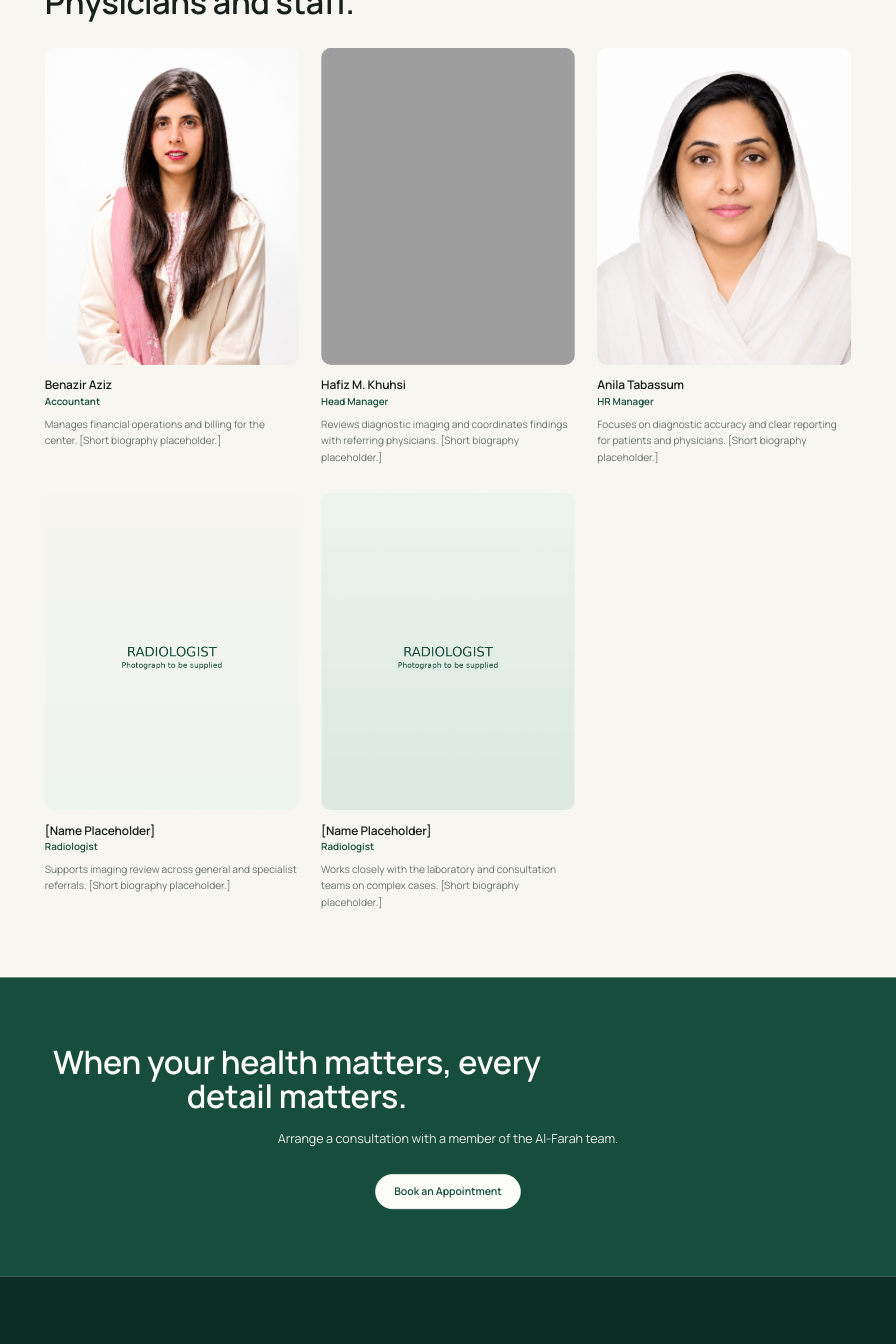
Repository: mraeesaziz45/al-farah
Page: team.html
An editor plug-in stored every save of this project. The page is shown before and after the next save, followed by the edit.
The browser window is 1280 px wide. The pictures show the part of the page from y = 1486 to 3406 px (the page is 3806 px tall), at 70% of full size.
Pictures or frames that could not be fetched are drawn as grey boxes.

Above is the page before, as saved 2026-09-05 16:58:24.

### team.html
<!DOCTYPE html>
<html lang="en">
<head>
<meta charset="UTF-8">
<meta name="viewport" content="width=device-width, initial-scale=1.0">
<title>Team — Al-Farah Medical Center</title>
<meta name="description" content="Meet the physicians and staff of Al-Farah Medical Center, led by our Founder and Director.">
<meta property="og:title" content="Team — Al-Farah Medical Center">
<meta property="og:description" content="The people behind the care.">
<meta property="og:type" content="website">
<link rel="preconnect" href="https://fonts.googleapis.com">
<link rel="preconnect" href="https://fonts.gstatic.com" crossorigin>
<link href="https://fonts.googleapis.com/css2?family=Manrope:wght@400;500;600;700&family=DM+Serif+Display:ital@0;1&display=swap" rel="stylesheet">
<link rel="stylesheet" href="css/style.css">
</head>
<body>
<a href="#main" class="skip-link">Skip to content</a>

<header class="site-header">
  <div class="container header-inner">
    <a href="index.html" class="logo-link">
      <img src="assets/logo/logo-placeholder.svg" alt="Al-Farah Medical Center" width="180" height="52">
    </a>
    <nav class="main-nav" aria-label="Primary">
      <a href="index.html">Home</a>
      <a href="services.html">Services</a>
      <a href="team.html" aria-current="page">Team</a>
      <a href="about.html">About</a>
      <a href="gallery.html">Gallery</a>
      <a href="contact.html">Contact</a>
    </nav>
    <div class="header-actions">
      <a href="contact.html" class="btn btn-primary header-cta-desktop">Book an Appointment</a>
      <button class="menu-toggle" aria-expanded="false" aria-controls="mobileMenu" aria-label="Open menu">
        <span class="bar"></span>
      </button>
    </div>
  </div>
</header>

<div class="mobile-menu" id="mobileMenu">
  <div class="mobile-menu-top">
    <img src="assets/logo/logo-placeholder.svg" alt="Al-Farah Medical Center" width="150" height="44">
    <button class="mobile-menu-close" aria-label="Close menu">
      <svg viewBox="0 0 24 24" fill="none" stroke="currentColor" stroke-width="1.6"><line x1="5" y1="5" x2="19" y2="19"/><line x1="19" y1="5" x2="5" y2="19"/></svg>
    </button>
  </div>
  <nav class="mobile-nav" aria-label="Mobile">
    <a href="index.html">Home</a>
    <a href="services.html">Services</a>
    <a href="team.html" aria-current="page">Team</a>
    <a href="about.html">About</a>
    <a href="gallery.html">Gallery</a>
    <a href="contact.html">Contact</a>
  </nav>
  <div class="mobile-menu-cta">
    <a href="contact.html" class="btn btn-primary">Book an Appointment</a>
  </div>
</div>

<main id="main">

  <section class="page-hero dark bg-forest-deep">
    <div class="container">
      <p class="eyebrow" data-reveal>Our People</p>
      <h1 class="page-heading h1" data-reveal>The people behind the care.</h1>
      <p class="body-lg" data-reveal>Al-Farah is led by a small team of physicians and support staff who work together across consultation, diagnostics, and follow-up.</p>
    </div>
  </section>

  <section class="bg-white">
    <div class="container">
      <div class="team-feature">
        <div class="team-feature-media" data-reveal>
          <img src="assets/images/team/director-placeholder.jpg" alt="Portrait of the Director, placeholder photograph" width="1200" height="1600" loading="lazy" decoding="async">
        </div>
        <div class="team-feature-content" data-reveal>
          <p class="eyebrow">Leadership</p>
          <h2 class="h2">Dr. [Director Name]</h2>
          <span class="team-feature-role">Founder &amp; Director</span>
          <p>Dr. [Director Name] founded Al-Farah Medical Center with the intention of building a clinic where diagnosis and consultation received equal care — one where patients leave with answers, not just appointments.</p>
          <p>[Placeholder biography — medical background, areas of focus, and professional history to be supplied by the clinic.]</p>
        </div>
      </div>
    </div>
  </section>

  <section class="bg-cream">
    <div class="container">
      <div class="section-head team-section-label" data-reveal>
        <p class="eyebrow">Senior Team</p>
        <h2 class="h2">Physicians and staff.</h2>
      </div>
      <div class="team-grid" data-reveal-group>
        <div class="team-card" data-reveal>
          <div class="team-card-media">
            <img src="assets/images/team/benazir.png" alt="Portrait placeholder for the clinic accountant" width="1000" height="1250" loading="lazy" decoding="async">
          </div>
          <h3 class="h4">Benazir Aziz</h3>
          <span class="role">Accountant</span>
          <p class="bio">Manages financial operations and billing for the center. [Short biography placeholder.]</p>
        </div>
        <div class="team-card" data-reveal>
          <div class="team-card-media">
            <img src="assets/images/team/hafiz-khuhsi.png" alt="Portrait placeholder for a radiologist" width="1000" height="1250" loading="lazy" decoding="async">
          </div>
          <h3 class="h4">Hafiz M. Khuhsi</h3>
          <span class="role">Head Manager</span>
          <p class="bio">Reviews diagnostic imaging and coordinates findings with referring physicians. [Short biography placeholder.]</p>
        </div>
        <div class="team-card" data-reveal>
          <div class="team-card-media">
            <img src="assets/images/team/aneela-tabassum.png" alt="Portrait placeholder for a radiologist" width="1000" height="1250" loading="lazy" decoding="async">
          </div>
          <h3 class="h4">Anila Tabassum</h3>
          <span class="role">HR Manager</span>
          <p class="bio">Focuses on diagnostic accuracy and clear reporting for patients and physicians. [Short biography placeholder.]</p>
        </div>
        <div class="team-card" data-reveal>
          <div class="team-card-media">
            <img src="assets/images/team/radiologist-03-placeholder.jpg" alt="Portrait placeholder for a radiologist" width="1000" height="1250" loading="lazy" decoding="async">
          </div>
          <h3 class="h4">[Name Placeholder]</h3>
          <span class="role">Radiologist</span>
          <p class="bio">Supports imaging review across general and specialist referrals. [Short biography placeholder.]</p>
        </div>
        <div class="team-card" data-reveal>
          <div class="team-card-media">
            <img src="assets/images/team/radiologist-04-placeholder.jpg" alt="Portrait placeholder for a radiologist" width="1000" height="1250" loading="lazy" decoding="async">
          </div>
          <h3 class="h4">[Name Placeholder]</h3>
          <span class="role">Radiologist</span>
          <p class="bio">Works closely with the laboratory and consultation teams on complex cases. [Short biography placeholder.]</p>
        </div>
      </div>
    </div>
  </section>

  <section class="cta-band bg-forest">
    <div class="container">
      <h2 class="h2" data-reveal>When your health matters, every detail matters.</h2>
      <p class="body-lg" data-reveal>Arrange a consultation with a member of the Al-Farah team.</p>
      <div class="cta-row" data-reveal>
        <a href="contact.html" class="btn btn-primary">Book an Appointment</a>
      </div>
    </div>
  </section>

</main>

<footer class="site-footer">
  <div class="container footer-grid">
    <div>
      <img src="assets/logo/logo-placeholder-light.svg" alt="Al-Farah Medical Center" class="footer-logo" width="170" height="50">
      <p class="footer-about">Al-Farah Medical Center provides trusted medical care with an emphasis on expertise, dignity, and patient-centered service.</p>
    </div>
    <div class="footer-col">
      <p class="footer-col-title">Navigation</p>
      <ul>
        <li><a href="index.html">Home</a></li>
        <li><a href="services.html">Services</a></li>
        <li><a href="team.html">Team</a></li>
        <li><a href="about.html">About</a></li>
        <li><a href="gallery.html">Gallery</a></li>
        <li><a href="contact.html">Contact</a></li>
      </ul>
    </div>
    <div class="footer-col">
      <p class="footer-col-title">Services</p>
      <ul>
        <li><a href="services.html#radiology">Radiology</a></li>
        <li><a href="services.html#consultation">Consultation</a></li>
        <li><a href="services.html#laboratory">Diagnostics</a></li>
        <li><a href="services.html#specialist">Specialist Care</a></li>
      </ul>
    </div>
    <div class="footer-col">
      <p class="footer-col-title">Contact</p>
      <ul>
        <li>[Clinic Address Placeholder]</li>
        <li>[Phone Number Placeholder]</li>
        <li>[Email Address Placeholder]</li>
        <li>[Opening Hours Placeholder]</li>
      </ul>
    </div>
  </div>
  <div class="container footer-bottom">
    <p>&copy; 2026 Al-Farah Medical Center</p>
    <div class="footer-legal">
      <a href="#">Privacy Policy</a>
      <a href="#">Terms</a>
    </div>
  </div>
</footer>

<script src="js/main.js"></script>
</body>
</html>

Loaded but not shown: js/main.js (276 lines, source omitted); css/style.css (1057 lines, source omitted)

After the next save:
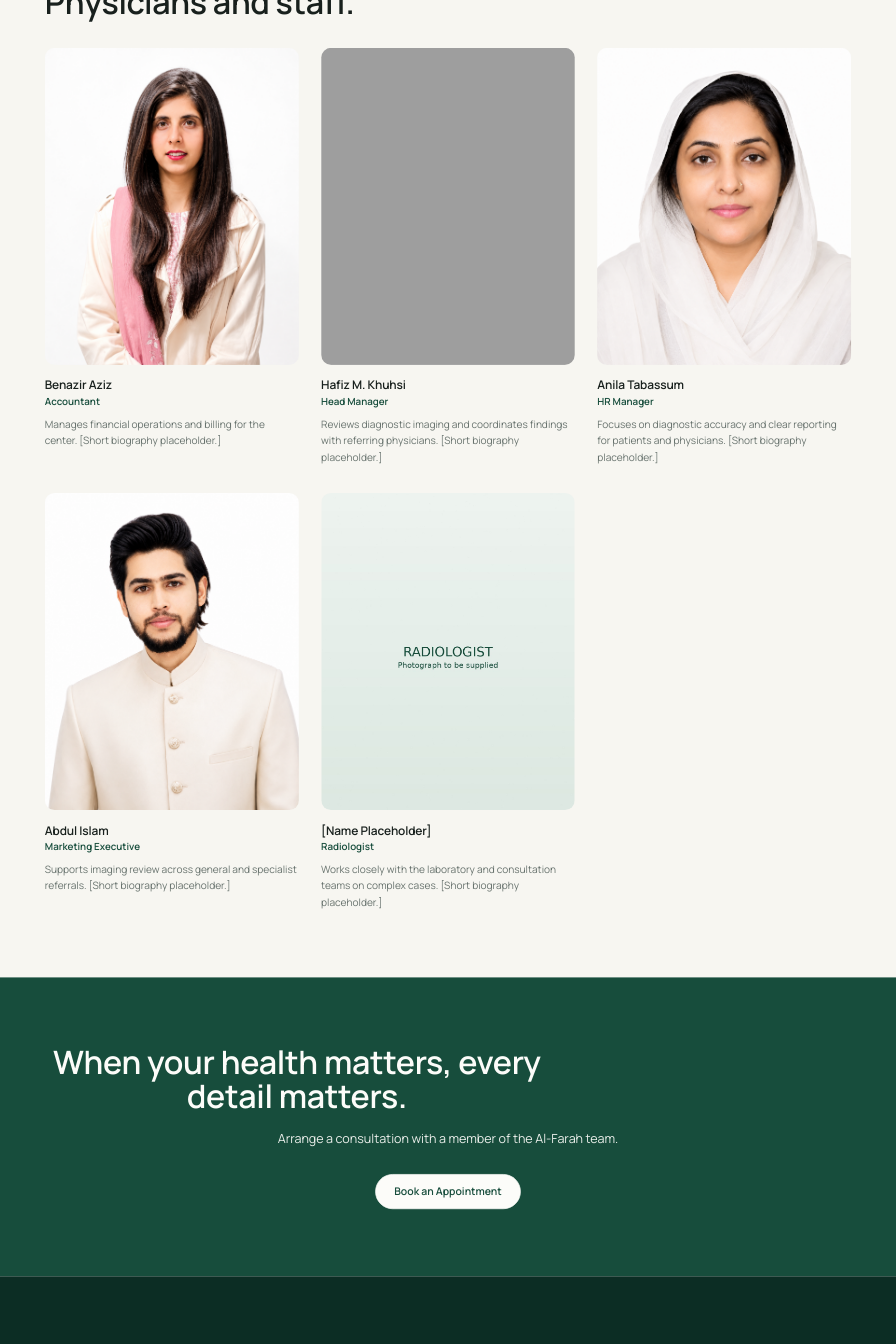
Saved 4 min 4 s later.
--- a/team.html
+++ b/team.html
@@ -118,10 +118,10 @@
         </div>
         <div class="team-card" data-reveal>
           <div class="team-card-media">
-            <img src="assets/images/team/radiologist-03-placeholder.jpg" alt="Portrait placeholder for a radiologist" width="1000" height="1250" loading="lazy" decoding="async">
+            <img src="assets/images/team/abdul-isalm.png" alt="Portrait placeholder for a radiologist" width="1000" height="1250" loading="lazy" decoding="async">
           </div>
-          <h3 class="h4">[Name Placeholder]</h3>
-          <span class="role">Radiologist</span>
+          <h3 class="h4">Abdul Islam</h3>
+          <span class="role">Marketing Executive</span>
           <p class="bio">Supports imaging review across general and specialist referrals. [Short biography placeholder.]</p>
         </div>
         <div class="team-card" data-reveal>
